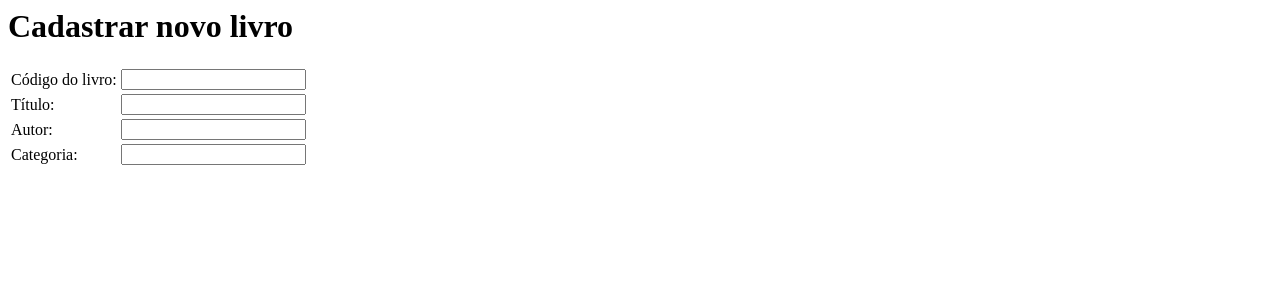
Repository: EikDEV/Atividade-Cliente-Servidor
Page: crudjspjava/src/main/webapp/livroform.html
The author's editor kept a copy of each file at every save. The page is drawn from the files as they stood at one save, then again after a run of saves.
The browser window is 1280 px wide. The pictures show the whole page.

Above is the page before, as saved 2022-11-04 15:40:29.

After the next 2 saves:
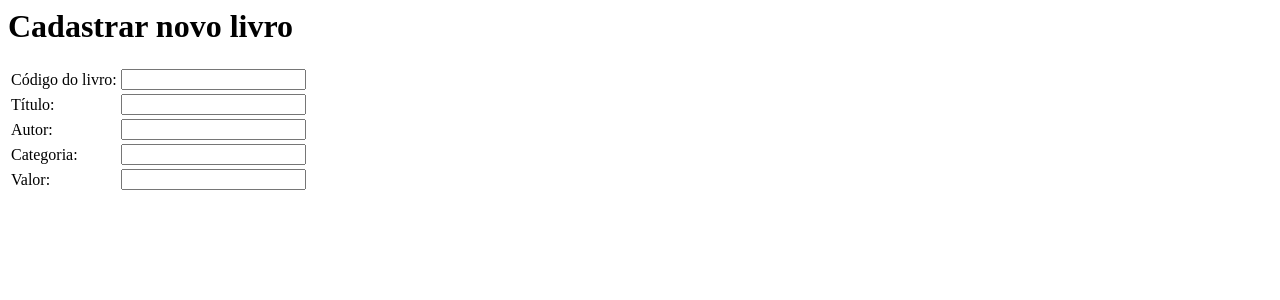
The 2 saves are shown as one change because they came seconds apart.
The last was saved 18 s later.
--- a/crudjspjava/src/main/webapp/livroform.html
+++ b/crudjspjava/src/main/webapp/livroform.html
@@ -18,5 +18,9 @@
 			<td>Categoria:</td>
 			<td><input type="text" name="categoria" /></td>
 		</tr>
+		<tr>
+			<td>Valor:</td>
+			<td><input type="number" name="valor" /></td>
+		</tr>
 	</table>
 </form>
